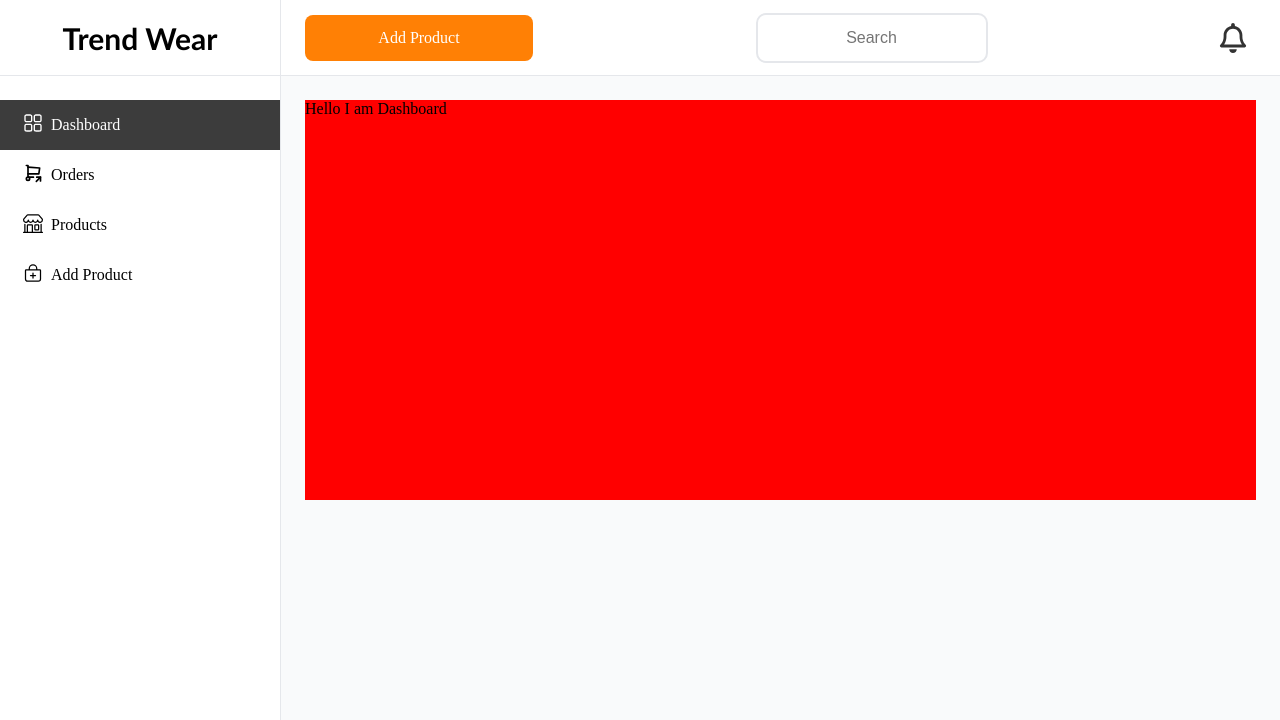
Repository: ahmad-dev7/TrendWear
Page: / (app in trend_wear_dashboard/)
The author's editor kept a copy of each file at every save. The page is drawn from the files as they stood at one save, then again after the next save.
The browser window is 1280 px wide. The pictures show the whole page.
The project was rebuilt for these pictures with package versions that can differ from the ones it lists, and the page was loaded fresh each time. Also part of the build but not shown: trend_wear_dashboard/vite.config.ts.

Above is the page before, as saved 2025-01-20 00:02:41.

After the next save:
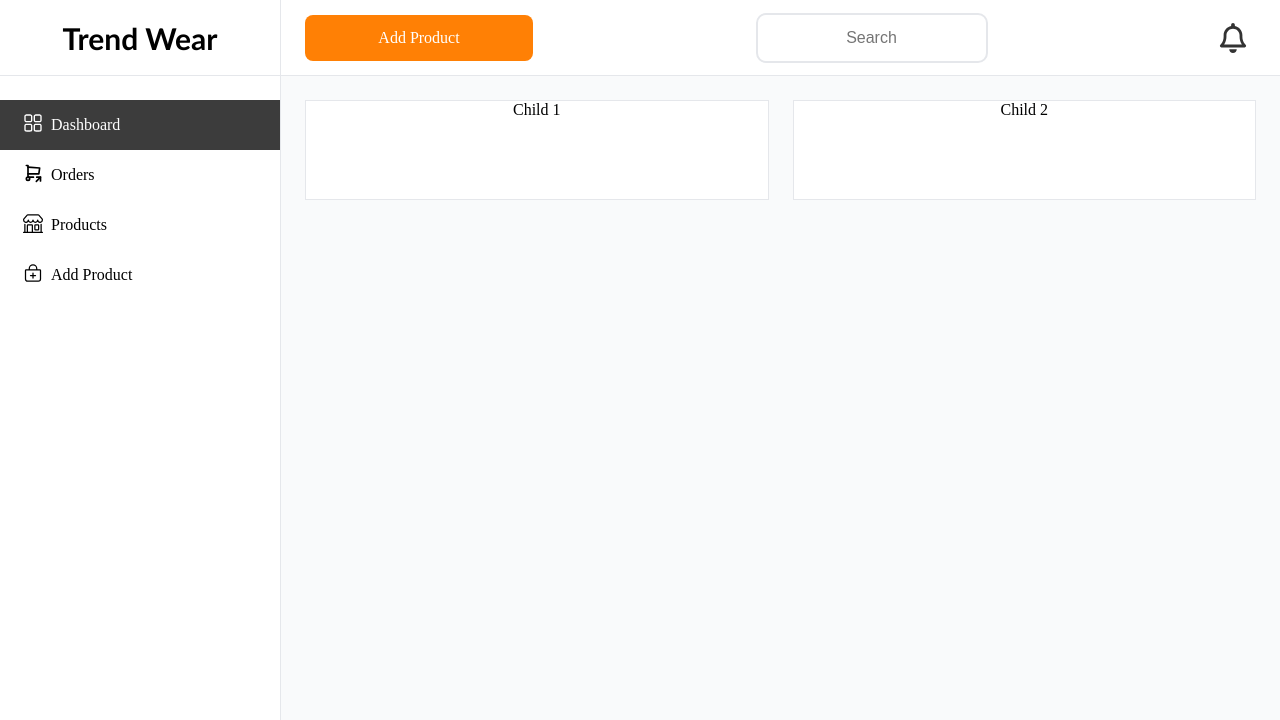
Saved 2 min 57 s later.
--- a/trend_wear_dashboard/src/App.tsx
+++ b/trend_wear_dashboard/src/App.tsx
@@ -13,7 +13,9 @@ function App() {
       <Sidebar onSelectTab={setBody} />
       <div style={{ flex: 1 }}>
         <Navbar />
-        <Body>{body == "Dashboard" ? <Dashboard /> : <AddProducts />}</Body>
+        <Body>
+          <AddProducts />
+        </Body>
       </div>
     </div>
   );
